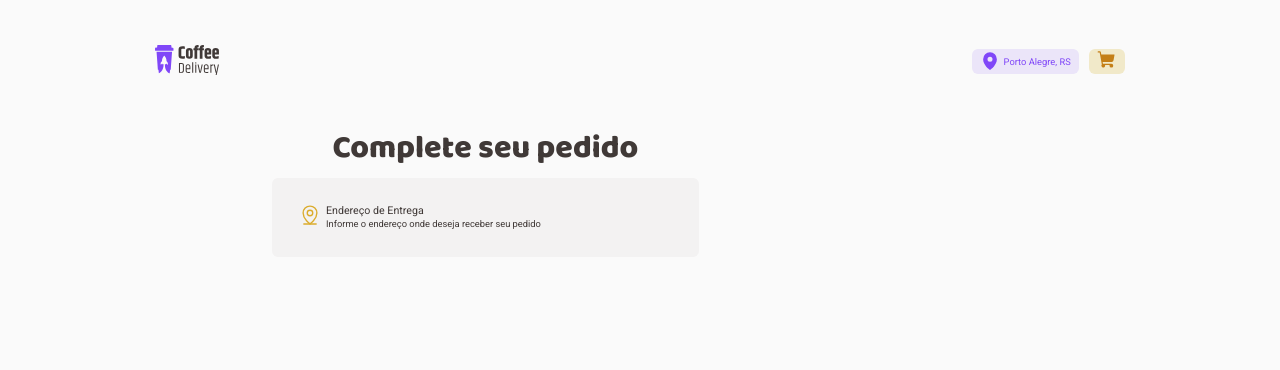
Repository: guilhermecardoso93/react-coffee-delivery
Page: /completeorder
The author's editor kept a copy of each file at every save. The page is drawn from the files as they stood at one save, then again after the next save.
The browser window is 1280 px wide. The pictures show the whole page.
The project was rebuilt for these pictures with package versions that can differ from the ones it lists, and the page was loaded fresh each time. Also part of the build but not shown: vite.config.ts, src/pages/Home/Intro/styles.ts, src/pages/Home/Intro/index.tsx, src/data/coffees.ts, src/pages/Home/MenuCard/styles.ts, src/components/QuantityInput/styles.ts, src/components/QuantityInput/index.tsx, src/utils/formatMoney.ts and 5 more.

Above is the page before, as saved 2022-07-19 21:22:50.

After the next save:
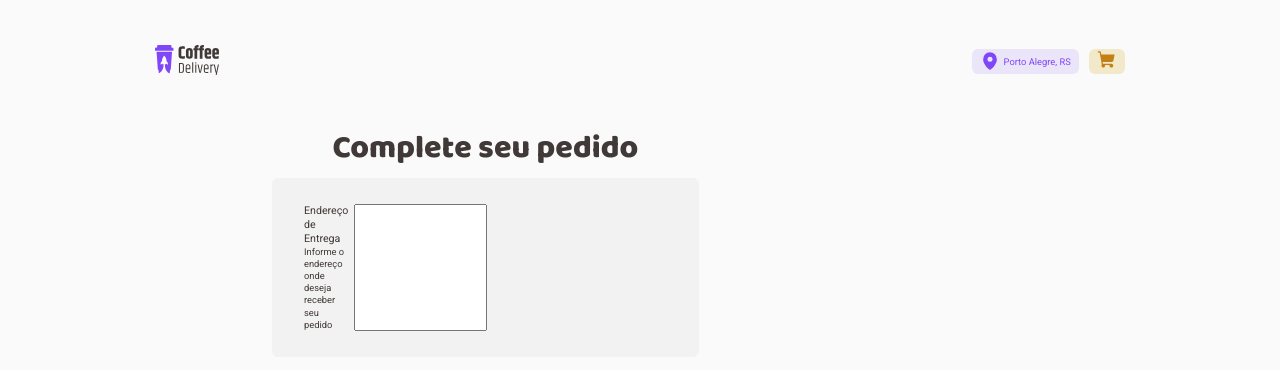
Saved 38 s later.
--- a/src/pages/CompleteOrder/components/SectiontitleForm/index.tsx
+++ b/src/pages/CompleteOrder/components/SectiontitleForm/index.tsx
@@ -1,5 +1,6 @@
 import { ReactNode } from "react";
 import { RegularText, TitleText } from "../../../../components/Texts";
+import { AddressForm } from "../CompleteOrderForm/AdressForm";
 import { SectionTitleFormContainer } from "./styles";
 
 interface SectionTitleProps {
@@ -20,6 +21,7 @@
           {subtitle}
         </RegularText>
       </div>
+      <AddressForm/>
     </SectionTitleFormContainer>
   );
 }

After the save that followed:
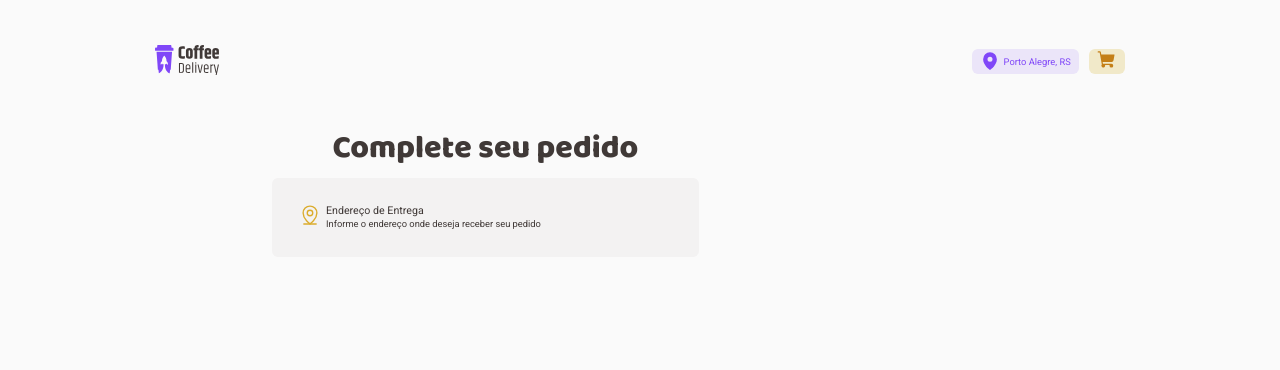
Saved 9 s later.
--- a/src/pages/CompleteOrder/components/SectiontitleForm/index.tsx
+++ b/src/pages/CompleteOrder/components/SectiontitleForm/index.tsx
@@ -21,7 +21,6 @@
           {subtitle}
         </RegularText>
       </div>
-      <AddressForm/>
     </SectionTitleFormContainer>
   );
 }
